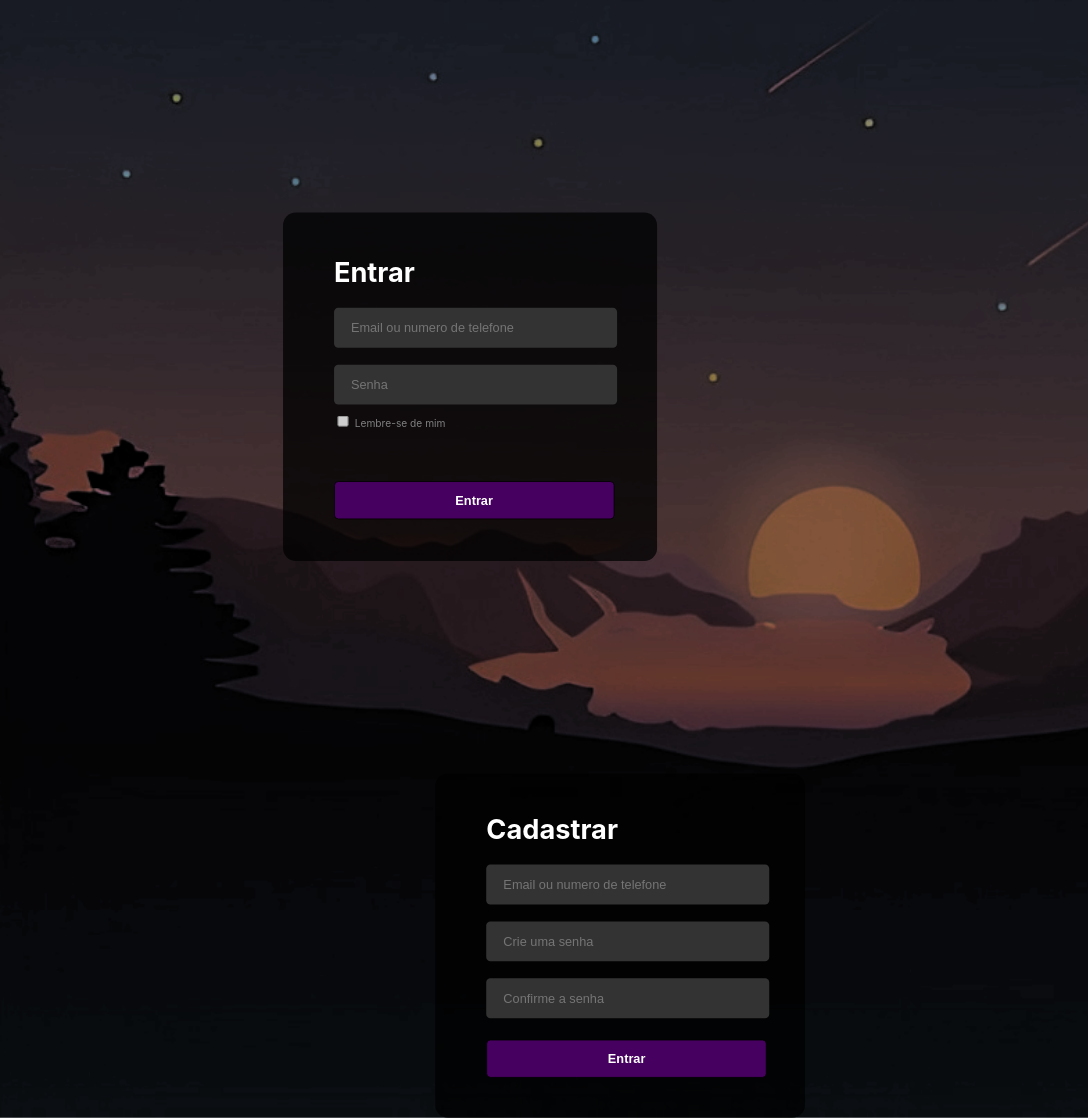
Repository: jpmaffei18/PROJETO_JAVA
Page: http://localhost/FinalWeb/logincadastro.jsp
The author's editor kept a copy of each file at every save. The page is drawn from the files as they stood at one save, then again after the next save.
The browser window is 1280 px wide. The pictures show the whole page, at 85% of full size.
The page is served by Tomcat 9.

Above is the page before, as saved 2023-04-03 11:44:05.

After the next save:
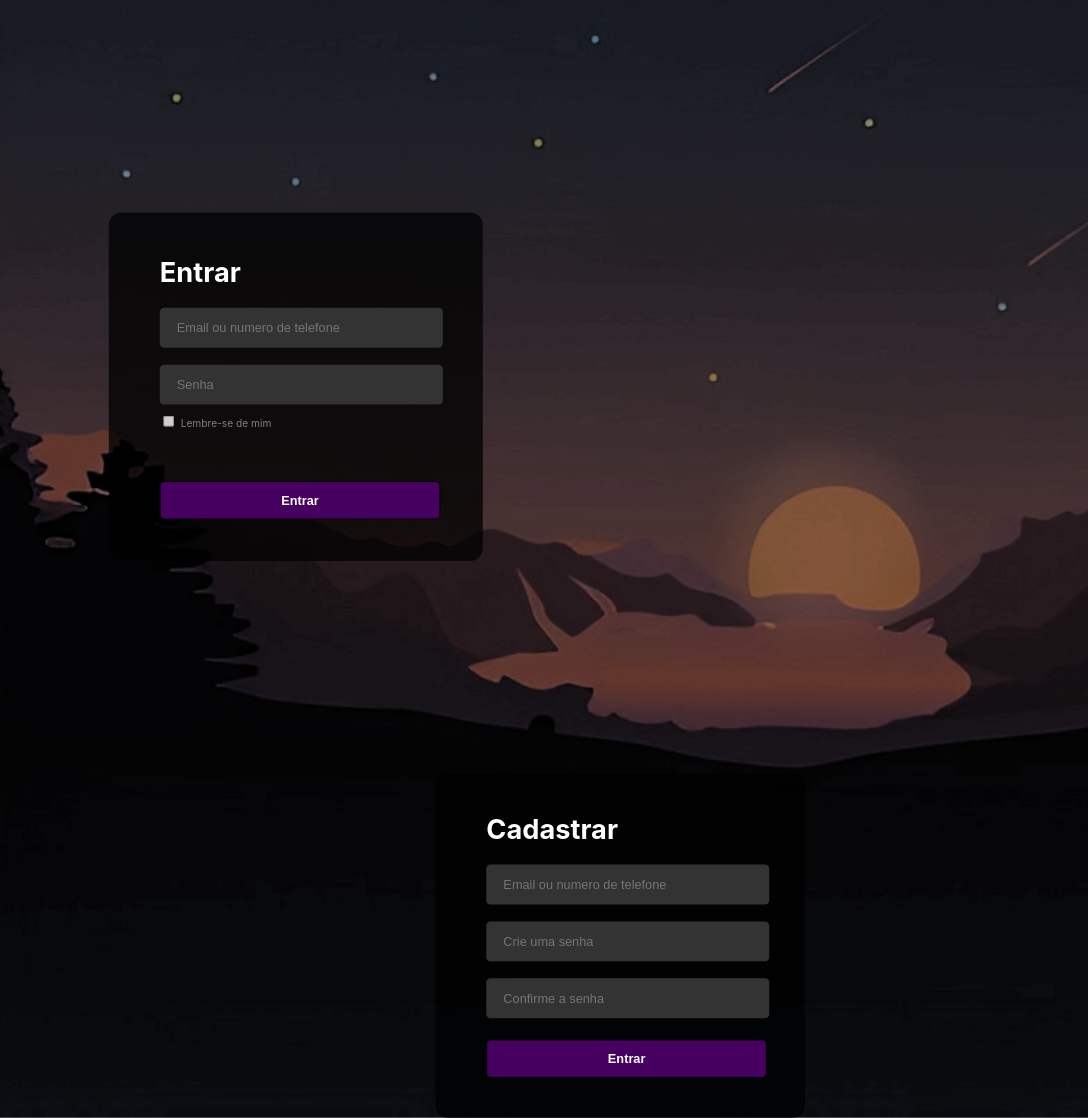
Saved 26 s later.
--- a/FinalWeb/src/main/webapp/login.css
+++ b/FinalWeb/src/main/webapp/login.css
@@ -20,7 +20,7 @@
     float: left;
     background-color: rgba(0,0,0,.75);
     border-radius:15px;
-    margin-left: 26%;
+    margin-left: 10%;
     margin-top: 250px;
     padding: 30px;
     padding-left:10px;

After the save that followed:
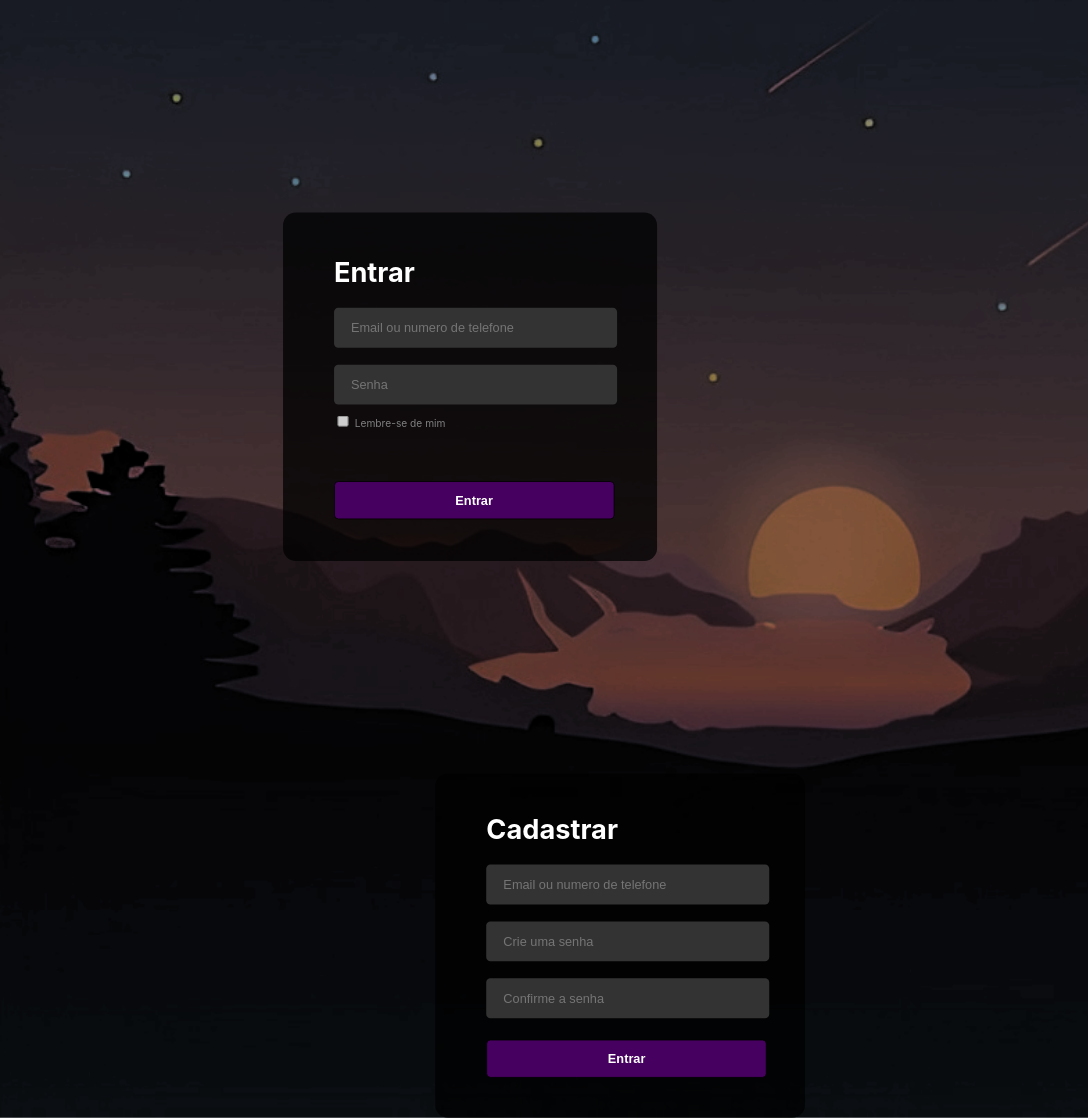
Saved 14 s later.
--- a/FinalWeb/src/main/webapp/login.css
+++ b/FinalWeb/src/main/webapp/login.css
@@ -20,7 +20,7 @@
     float: left;
     background-color: rgba(0,0,0,.75);
     border-radius:15px;
-    margin-left: 10%;
+    margin-left: 26%;
     margin-top: 250px;
     padding: 30px;
     padding-left:10px;
